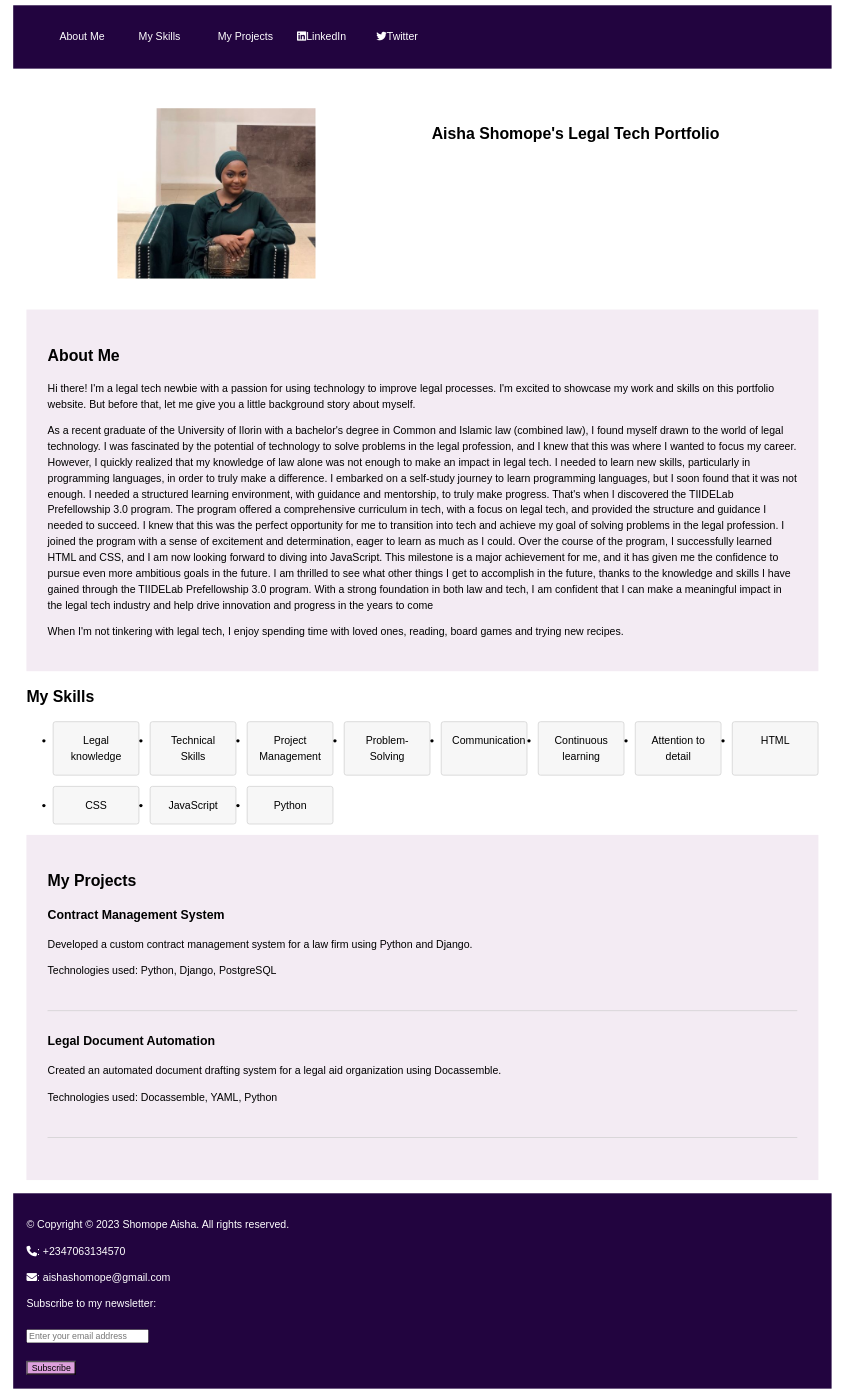
Repository: Iyewande/AishasPortfolio
Page: Index.html
The author's editor kept a copy of each file at every save. The page is drawn from the files as they stood at one save, then again after the next save.
The browser window is 1280 px wide. The pictures show the whole page, at 66% of full size.
Some web libraries are served in a nearby version.

Above is the page before, as saved 2023-05-04 21:24:07.

After the next save:
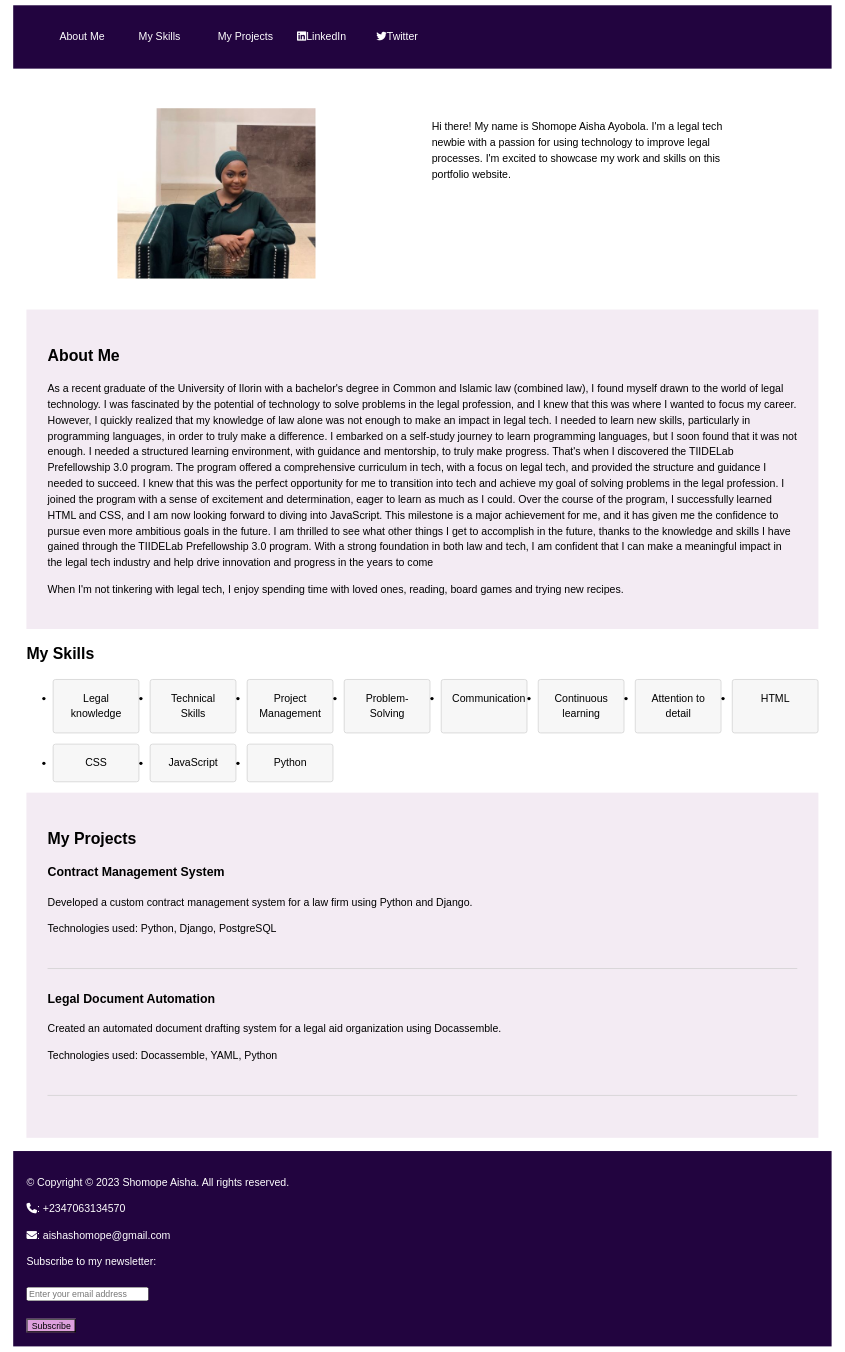
Saved 6 min 55 s later.
--- a/Index.html
+++ b/Index.html
@@ -33,20 +33,21 @@
                     <img id="img" src="E17CF07F-F5B1-4C94-9C3E-8D25C5FEC29B.jpg" alt="A picture of me">
                 </div>
                 <div id="heading">
-                    <h1> Aisha Shomope's Legal Tech Portfolio </h1>
+                    <p>Hi there! My name is Shomope Aisha Ayobola.  I'm a legal tech newbie with a passion for using technology to improve legal processes. I'm excited to
+                        showcase my work and skills on this portfolio website.
+                    </p>
                 </div>
 
             </section>
             <section  id="about">
                 <h2>About Me</h2>
-                <p>Hi there! I'm a legal tech newbie with a passion for using technology to improve legal processes. I'm excited to
-                    showcase my work and skills on this portfolio website. But before that, let me give you a little background story about myself.</p>
-                <article>
+
+
                     As a recent graduate of the University of Ilorin with a bachelor's degree in Common and Islamic law (combined law), I found myself drawn to the world of legal technology. I was fascinated by the potential of technology to solve problems in the legal profession, and I knew that this was where I wanted to focus my career.
                     However, I quickly realized that my knowledge of law alone was not enough to make an impact in legal tech. I needed to learn new skills, particularly in programming languages, in order to truly make a difference. I embarked on a self-study journey to learn programming languages, but I soon found that it was not enough. I needed a structured learning environment, with guidance and mentorship, to truly make progress.
                     That's when I discovered the TIIDELab Prefellowship 3.0 program. The program offered a comprehensive curriculum in tech, with a focus on legal tech, and provided the structure and guidance I needed to succeed. I knew that this was the perfect opportunity for me to transition into tech and achieve my goal of solving problems in the legal profession.
                     I joined the program with a sense of excitement and determination, eager to learn as much as I could. Over the course of the program, I successfully learned HTML and CSS, and I am now looking forward to diving into JavaScript. This milestone is a major achievement for me, and it has given me the confidence to pursue even more ambitious goals in the future.
-                    I am thrilled to see what other things I get to accomplish in the future, thanks to the knowledge and skills I have gained through the TIIDELab Prefellowship 3.0 program. With a strong foundation in both law and tech, I am confident that I can make a meaningful impact in the legal tech industry and help drive innovation and progress in the years to come</article>
+                    I am thrilled to see what other things I get to accomplish in the future, thanks to the knowledge and skills I have gained through the TIIDELab Prefellowship 3.0 program. With a strong foundation in both law and tech, I am confident that I can make a meaningful impact in the legal tech industry and help drive innovation and progress in the years to come
                 <p>When I'm not tinkering with legal tech, I enjoy spending time with loved ones, reading, board games and trying new recipes.</p>
             </section>
               <section id="skills">
